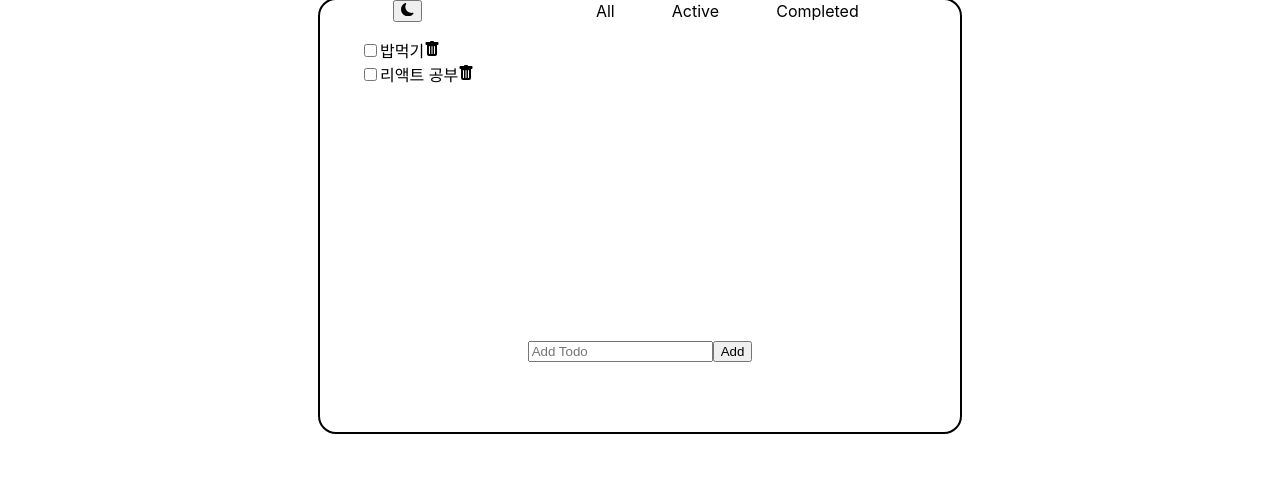
Repository: DongjaJ/React-Todo
Page: / (app in react-todo/)
The author's editor kept a copy of each file at every save. The page is drawn from the files as they stood at one save, then again after the next save.
The browser window is 1280 px wide. The pictures show the whole page.
The project was rebuilt for these pictures with package versions that can differ from the ones it lists, and the page was loaded fresh each time.

Above is the page before, as saved 2023-05-15 14:06:45.

After the next save:
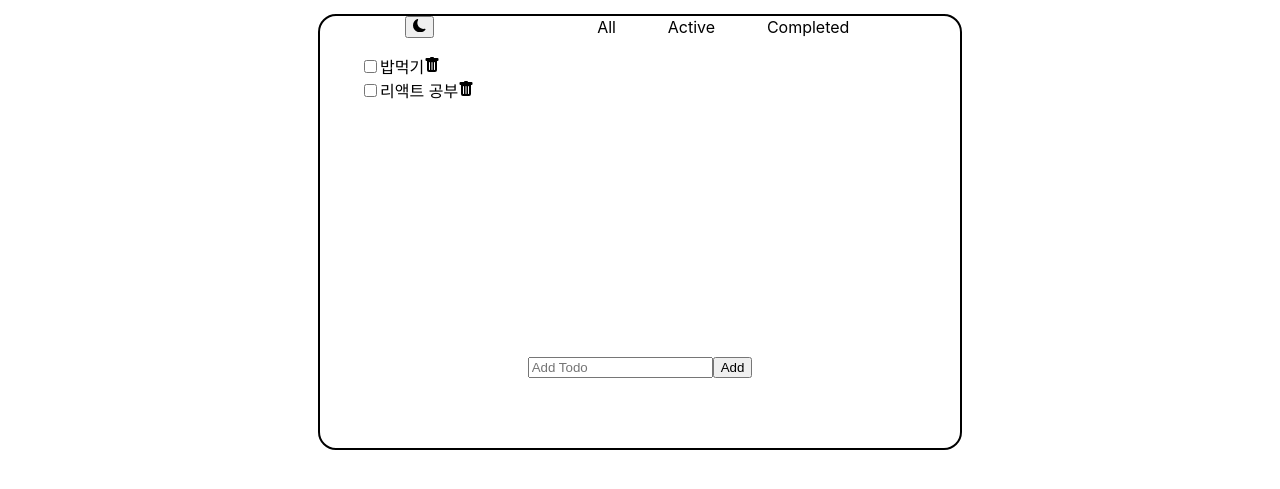
Saved 40 s later.
--- a/react-todo/src/styles/Header.module.css
+++ b/react-todo/src/styles/Header.module.css
@@ -2,6 +2,7 @@
 	display: flex;
 	justify-content: space-around;
 	align-items: center;
+	margin: 1rem;
 }
 
 .category-section {
